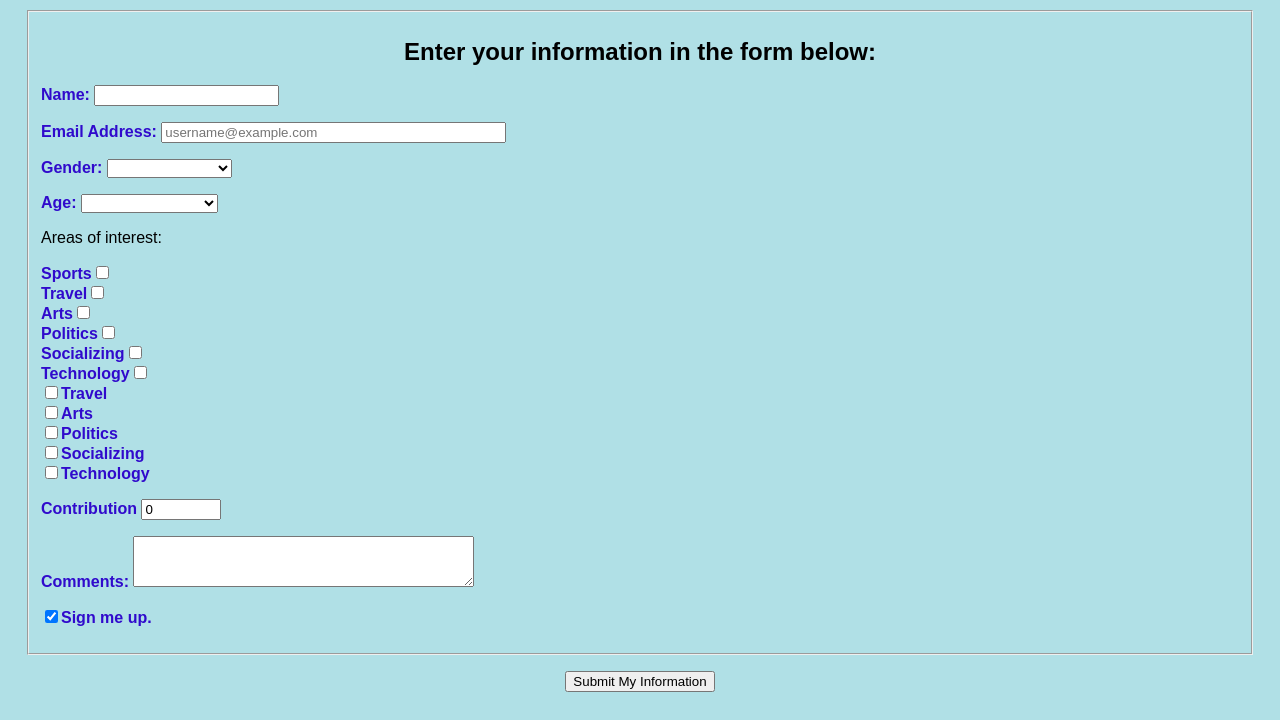
Repository: oduong1/COSW30
Page: homework/hw2/contact.html
The author's editor kept a record of every edit. The page is drawn from the files as they stood at one moment, then again after the next edit.
The browser window is 1280 px wide. The pictures show the whole page.
Some web fonts or font styles are not loaded; a fallback is used.

Above is the page before.

### homework/hw2/contact.html
<!doctype html>
<html lang="en">
<head>
	<meta charset="utf-8">
	<title>Simple HTML Form</title>
	<link href="https://fonts.googleapis.com/css?family=Gayathri&display=swap" rel="stylesheet">
	<style type="text/css">
	body {
		font-family: 'Gayathri', sans-serif;
		margin: 10px 25px;
		text-align: left;
	}
	label {
		font-weight: bold;
		color: #300ACC;
	}
	</style>
</head>
<body style="background-color:powderblue;">


<form action="process_contact.php" method="POST">

	<fieldset>
		<center><legend><h2>Enter your information in the form below:</h2></legend></center>

	<p><label>Name: <input type="text" required name="name" size="20" maxlength="40"></label></p>

	<p><label>Email Address: <input type="email" placeholder="username@example.com" required
		name="email" size="40" maxlength="60" ></label></p>
        <!--title="Please provide the correct e-mail address format"-->


	<p><label>Gender:
	<select name = "gender" required>
		<option></option>
		<option value="M">Male</option>
		<option value="F">Female</option>
		<option value="P">Prefer Not to Say</option>
	</select> </label> </p>

	<p><label>Age:
	<select name="age" required>
		<option></option>
		<option value="0-17">Under 18</option>
		<option value="18-29">Between 18 and 30</option>
		<option value="30-60">Between 30 and 60</option>
		<option value="60+">Over 60</option>
	</select></label></p>

	<p>Areas of interest:</br></p>
	<label for ="sports">Sports</label><input type="checkbox" name="int1" id="sports"><br>
	<label for ="travel">Travel</label><input type="checkbox" name="int2" id="travel"><br>
	<label for ="arts">Arts</label><input type="checkbox" name="int3" id="arts"><br>
	<label for ="politics">Politics</label><input type="checkbox" name="int4" id="politics"><br>
	<label for ="socializing">Socializing</label><input type="checkbox" name="int5" id="socializing"><br>
	<label for ="technology">Technology</label><input type="checkbox" name="int6" id="technology"><br>

	<label><input type="checkbox" name="int2" value="travel">Travel<br>
	<label><input type="checkbox" name="int3" value="arts">Arts<br>
	<label><input type="checkbox" name="int4" value="politics">Politics<br>
	<label><input type="checkbox" name="int6" value="social">Socializing<br>
	<label><input type="checkbox" name="int5" value="tech">Technology<br></label>

	<p><label for="number">Contribution</label>
    	<input type="number" id="number" name="amount" value="0" step="100" min="0" max="10000">
	</p>

	<p><label>Comments: <textarea name="comments" rows="3" cols="40"></textarea></label></p>

	<p>
		<input type="checkbox" name="check" id="signup"
            value="1" Checked>Sign me up.<br>
	</p>



	</fieldset>

	<!--<form action="/action_page.php"-->
	<!--oninput="x.value=parseInt(a.value)+parseInt(b.value)">-->
	<!--  0-->
	<!--  <input type="range" id="a" name="a" value="0">-->
	<!--  0 +-->
	<!--  <input type="number" id="b" name="b" value="0">-->
	<!--  =-->
	<!--  <output name="x" for="a b"></output>-->
	<!--  <br><br>-->
	<!--  <input type="submit">-->
	<!--</form>-->

	<p align="center"><input type="submit" name="submit" value="Submit My Information"></p>

</form>

</body>
</html>

After the next edit:
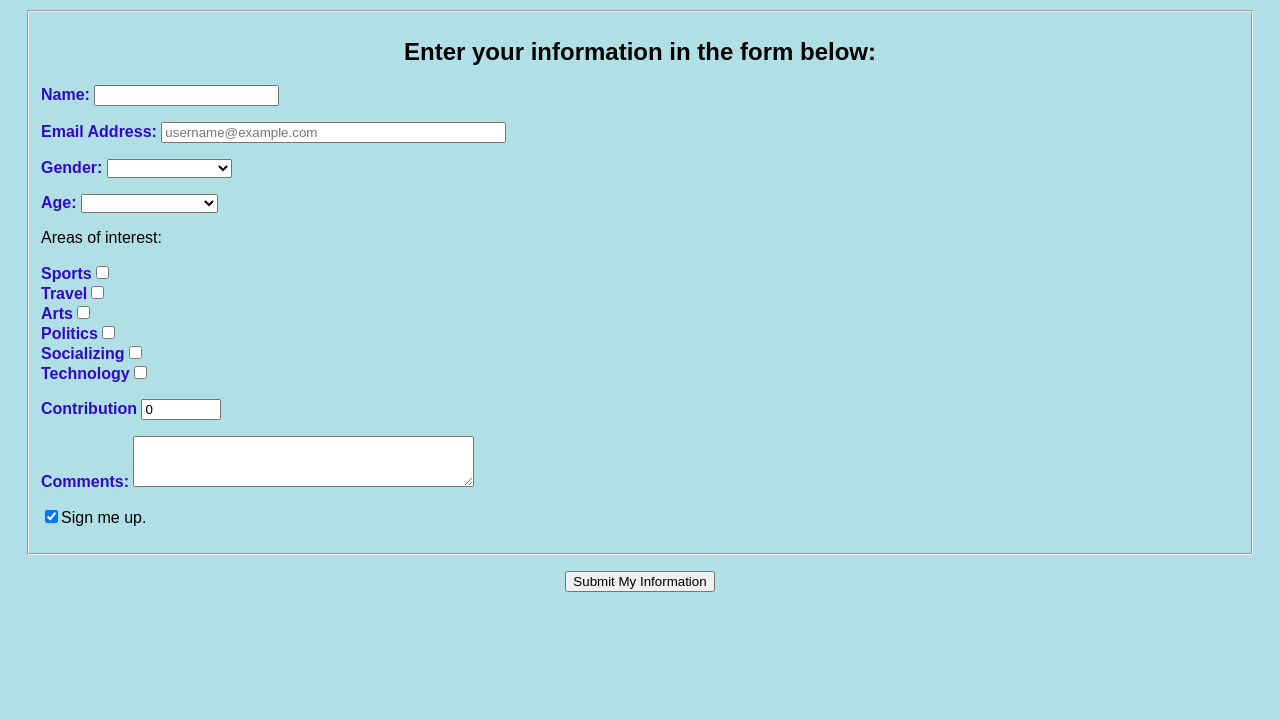
The edit:
--- a/homework/hw2/contact.html
+++ b/homework/hw2/contact.html
@@ -56,11 +56,6 @@
 	<label for ="socializing">Socializing</label><input type="checkbox" name="int5" id="socializing"><br>
 	<label for ="technology">Technology</label><input type="checkbox" name="int6" id="technology"><br>
 
-	<label><input type="checkbox" name="int2" value="travel">Travel<br>
-	<label><input type="checkbox" name="int3" value="arts">Arts<br>
-	<label><input type="checkbox" name="int4" value="politics">Politics<br>
-	<label><input type="checkbox" name="int6" value="social">Socializing<br>
-	<label><input type="checkbox" name="int5" value="tech">Technology<br></label>
 
 	<p><label for="number">Contribution</label>
     	<input type="number" id="number" name="amount" value="0" step="100" min="0" max="10000">
